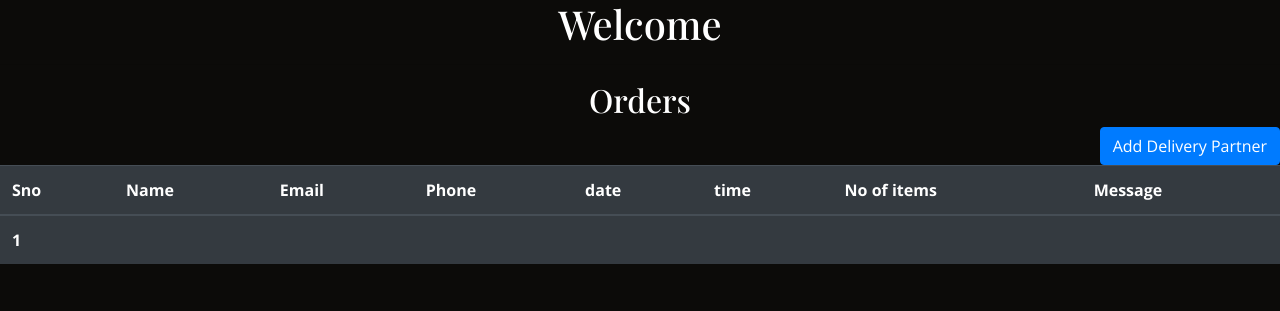
Repository: Amalraveendran/Amal
Page: http://localhost/cakehub/admin-.jsp
The author's editor kept a copy of each file at every save. The page is drawn from the files as they stood at one save, then again after the next save.
The browser window is 1280 px wide. The pictures show the whole page.
Some web fonts or font styles are not loaded; a fallback is used. The page is served by Tomcat 9. The session is filled in as if someone had signed in: {"username": "testuser"}. Other server files are loaded and not shown. The template is opened directly, without the code that normally fills it, so the values that code supplies are empty.

Above is the page before, as saved 2021-01-30 08:53:35.

### Eclipse Workspace/cakehub/WebContent/admin-.jsp
<%@ page language="java" contentType="text/html; charset=ISO-8859-1"
    pageEncoding="ISO-8859-1"%>
<!DOCTYPE html>
<html>
<head>
<meta charset="ISO-8859-1">
<title>Admin-pane</title>

 <link href="assets/img/back.jpg" rel="icon">
  <link href="assets/img/index.jpg" rel="apple-touch-icon">

  <!-- Google Fonts -->
  <link href="https://fonts.googleapis.com/css?family=Open+Sans:300,300i,400,400i,600,600i,700,700i|Playfair+Display:ital,wght@0,400;0,500;0,600;0,700;1,400;1,500;1,600;1,700|Poppins:300,300i,400,400i,500,500i,600,600i,700,700i" rel="stylesheet">

  <!-- Vendor CSS Files -->
  <link href="assets/vendor/bootstrap/css/bootstrap.min.css" rel="stylesheet">
  <link href="assets/vendor/icofont/icofont.min.css" rel="stylesheet">
  <link href="assets/vendor/boxicons/css/boxicons.min.css" rel="stylesheet">
  <link href="assets/vendor/animate.css/animate.min.css" rel="stylesheet">
  <link href="assets/vendor/owl.carousel/assets/owl.carousel.min.css" rel="stylesheet">
  <link href="assets/vendor/venobox/venobox.css" rel="stylesheet">
  <link href="assets/vendor/aos/aos.css" rel="stylesheet">

  <!-- Template Main CSS File -->
  <link href="assets/css/style.css" rel="stylesheet">
</head>
<body>



<%

if(session.getAttribute("username")==null)
{
	response.sendRedirect("login.jsp");
}




%>

<center>
<h1>Welcome</h1>
<hr>
<h2>Orders</h2>
<nav align="right">

<a class="btn btn-primary" href="deliveryPartnerReg.jsp">Add Delivery Partner</a>

</nav>
<table class="table table-dark" >
  <thead>
    <tr>
      <th scope="col">Sno</th>
      <th scope="col">Name</th>
      <th scope="col">Email</th>
      <th scope="col">Phone</th>
      <th scope="col">date</th>
      <th scope="col">time</th>
      <th scope="col">No of items</th>
      <th scope="col">Message</th>
    </tr>
  </thead>
  <tbody>

  <c:forEach var="i" begin="1" end ="10">

    <tr>
      <th scope="row">1</th>
      <td>${name }</td>
      <td>${email}</td>
      <td>${phone }</td>
        <td>${date}</td>
          <td>${time}</td>
            <td>${nos}</td>
              <td>${message}</td>
    </tr>
    </c:forEach>

  </tbody>
</table>
</center>



 <script src="assets/vendor/jquery/jquery.min.js"></script>
  <script src="assets/vendor/bootstrap/js/bootstrap.bundle.min.js"></script>
  <script src="assets/vendor/jquery.easing/jquery.easing.min.js"></script>
  <script src="assets/vendor/php-email-form/validate.js"></script>
  <script src="assets/vendor/owl.carousel/owl.carousel.min.js"></script>
  <script src="assets/vendor/isotope-layout/isotope.pkgd.min.js"></script>
  <script src="assets/vendor/venobox/venobox.min.js"></script>
  <script src="assets/vendor/aos/aos.js"></script>

  <!-- Template Main JS File -->
  <script src="assets/js/main.js"></script>
</body>
</html>

Loaded but not shown: Eclipse Workspace/cakehub/WebContent/assets/js/main.js (220 lines, source omitted); Eclipse Workspace/cakehub/WebContent/assets/css/style.css (1797 lines, source omitted)

After the next save:
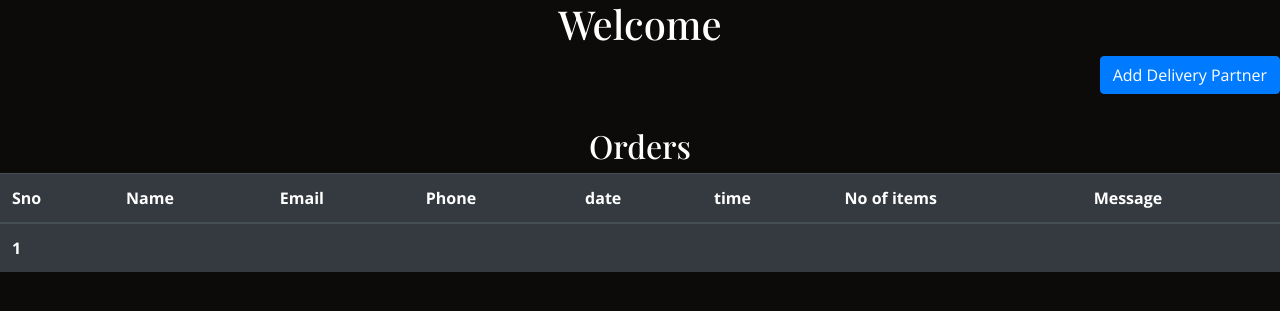
Saved 27 s later.
--- a/Eclipse Workspace/cakehub/WebContent/admin-.jsp
+++ b/Eclipse Workspace/cakehub/WebContent/admin-.jsp
@@ -42,13 +42,14 @@ if(session.getAttribute("username")==null)
 
 <center>
 <h1>Welcome</h1>
-<hr>
-<h2>Orders</h2>
 <nav align="right">
 
 <a class="btn btn-primary" href="deliveryPartnerReg.jsp">Add Delivery Partner</a>
 
 </nav>
+<hr>
+<h2>Orders</h2>
+
 <table class="table table-dark" >
   <thead>
     <tr>
